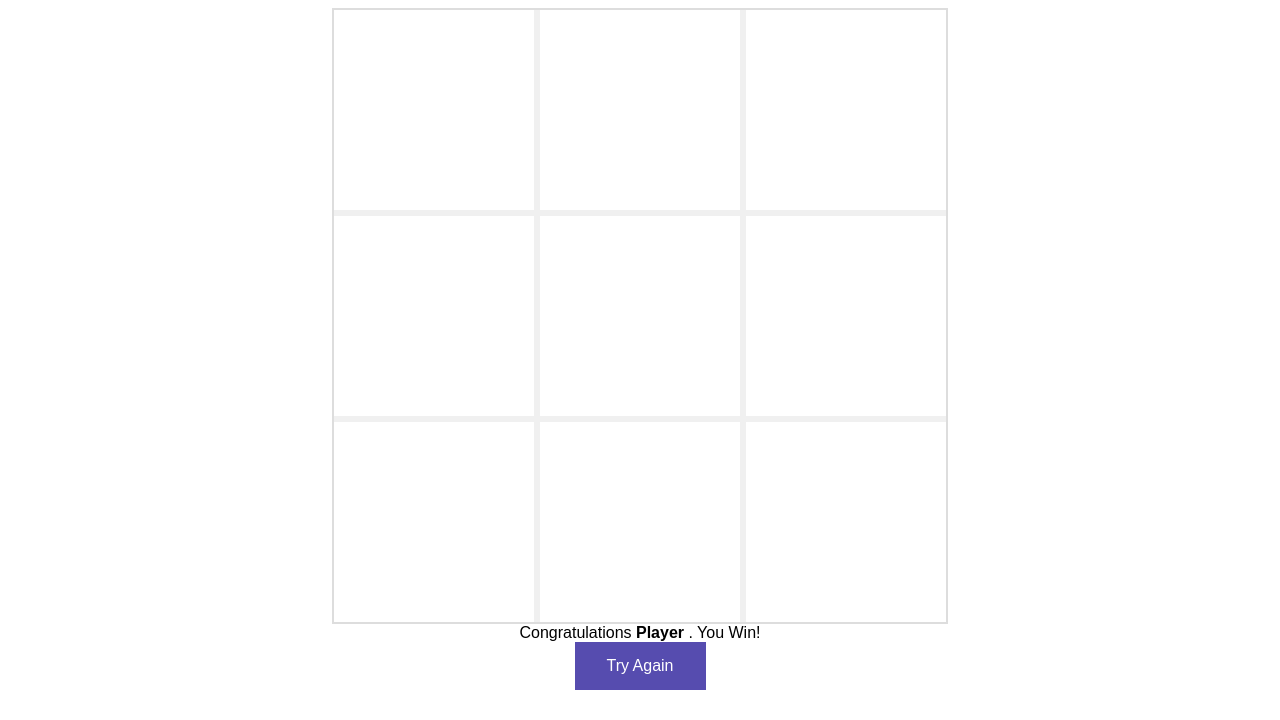
Repository: Piotr9/Tic-tac-toe-Game
Page: index.html
The author's editor kept a copy of each file at every save. The page is drawn from the files as they stood at one save, then again after the next save.
The browser window is 1280 px wide. The pictures show the whole page.

Above is the page before, as saved 2019-06-16 00:01:19.

After the next save:
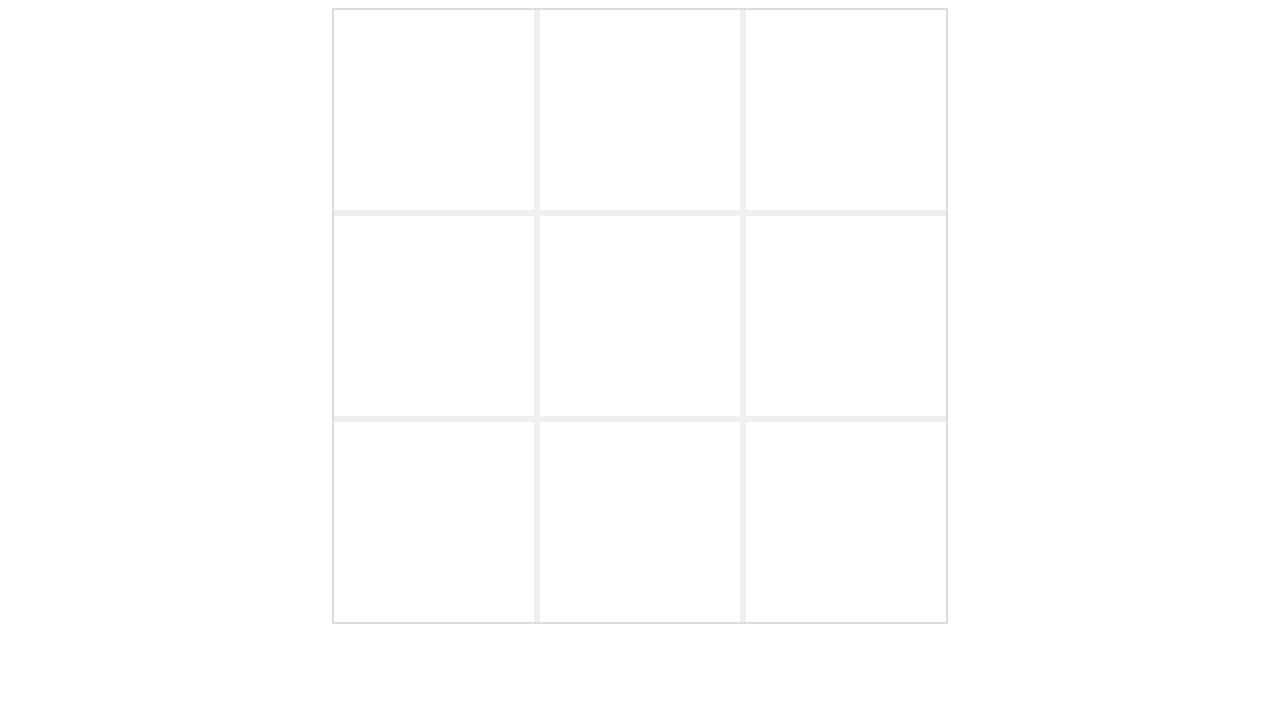
Saved 12 s later.
--- a/app.css
+++ b/app.css
@@ -17,24 +17,34 @@ body {
     background: #fff; display: flex; justify-content: center; align-items: center;
     font-size: 9rem; color: #222;
 }
+.start{
+    visibility: hidden;
+}
 .end{
     position: fixed;
+    left: 20%;
     top: 35%;
     font-size: 3rem;
-    color: #fff;
-    width: 100%;
-    background-color: navy;
+    color: rgb(207, 238, 189);
+    width: 60%;
+    background-color:  rgb(0, 206, 93);
     padding: 10px;
-    visibility: hidden;
+    z-index: 99;
+    border-radius: 15px;
+    opacity: 0.97;
 }
 button{
-    background-color: rgb(86, 76, 175); /* Green */
+    background-color: rgb(0, 102, 46); /* Green */
     border: none;
     color: white;
     padding: 15px 32px;
     display: inline-block;
     font-size: 16px;
     cursor: pointer;
+    border-radius: 5px;
+}
+button:hover {
+    background-color: rgb(2, 68, 32);
 }
 
 .box:hover {
